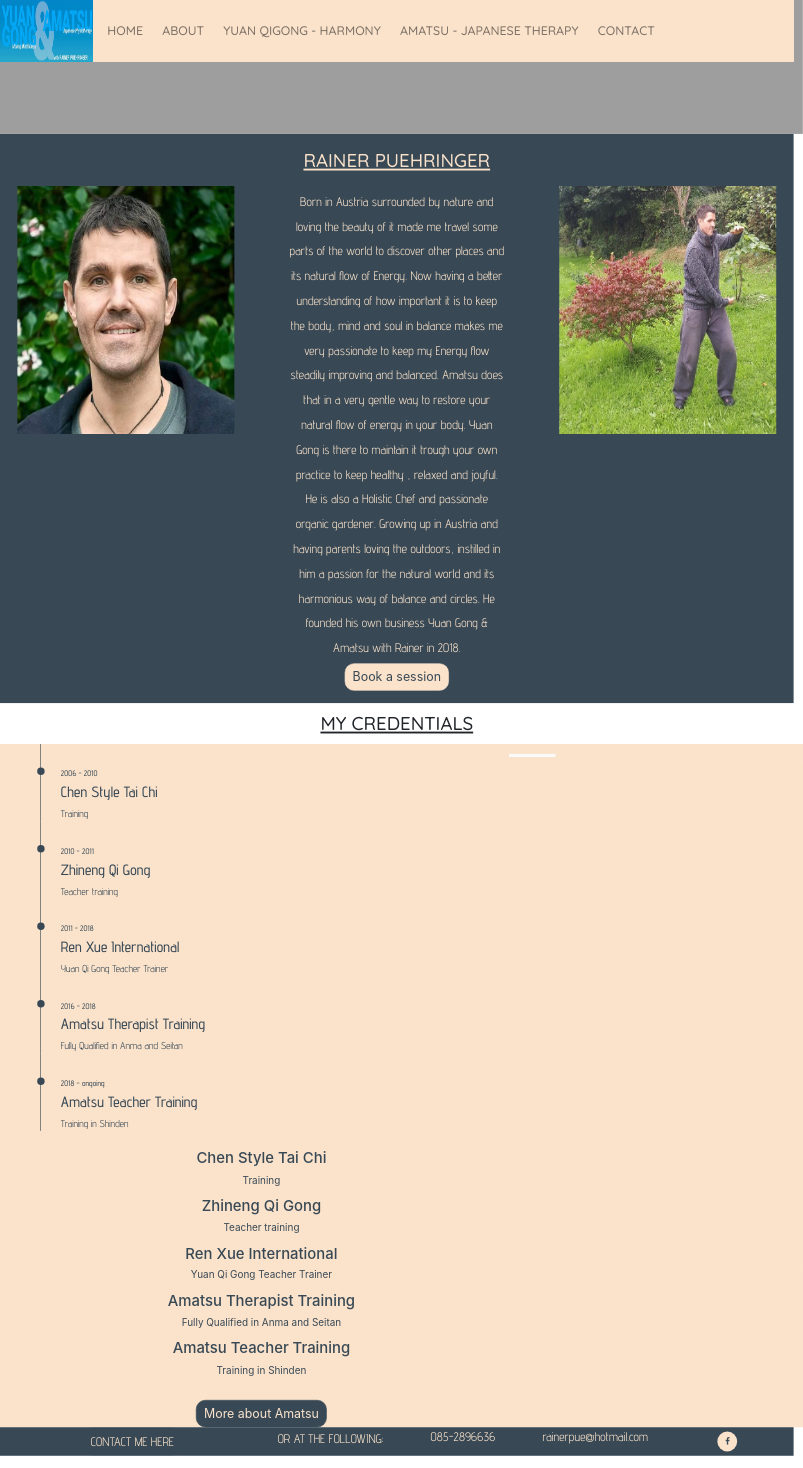
Repository: rainerpue/practitioner_website
Page: about.html
The author's editor kept a record of every edit. The page is drawn from the files as they stood at one moment, then again after the next edit.
The browser window is 1280 px wide. The page is 1295 px wide, so the pictures cover 1295 px, including what lies to the right of the window. The pictures show the whole page, at 62% of full size.
Pictures or frames that could not be fetched are drawn as grey boxes. Some web libraries are served in a nearby version.

Above is the page before.

After the next edit:
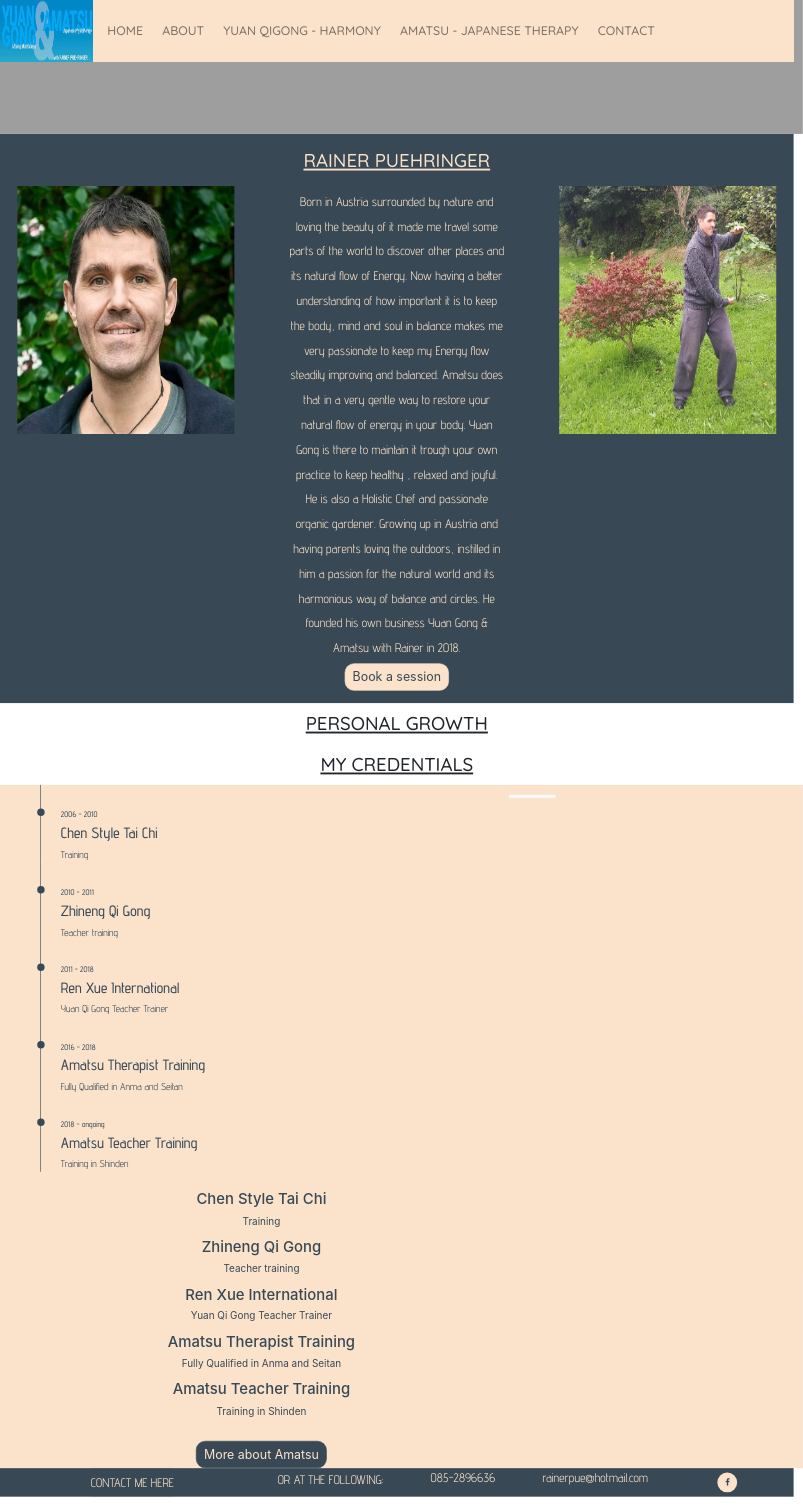
The edit:
--- a/about.html
+++ b/about.html
@@ -99,6 +99,11 @@
 
         <section class="container-fluid">
             <div class="row">
+
+                        <div class="col-12">
+                            <h3 class="text-uppercase text-center">Personal growth</h3>
+                        </div>
+                    </div>
                 <div class="col-12">
                     <h3 class="text-uppercase text-center">My credentials</h3>
                 </div>
